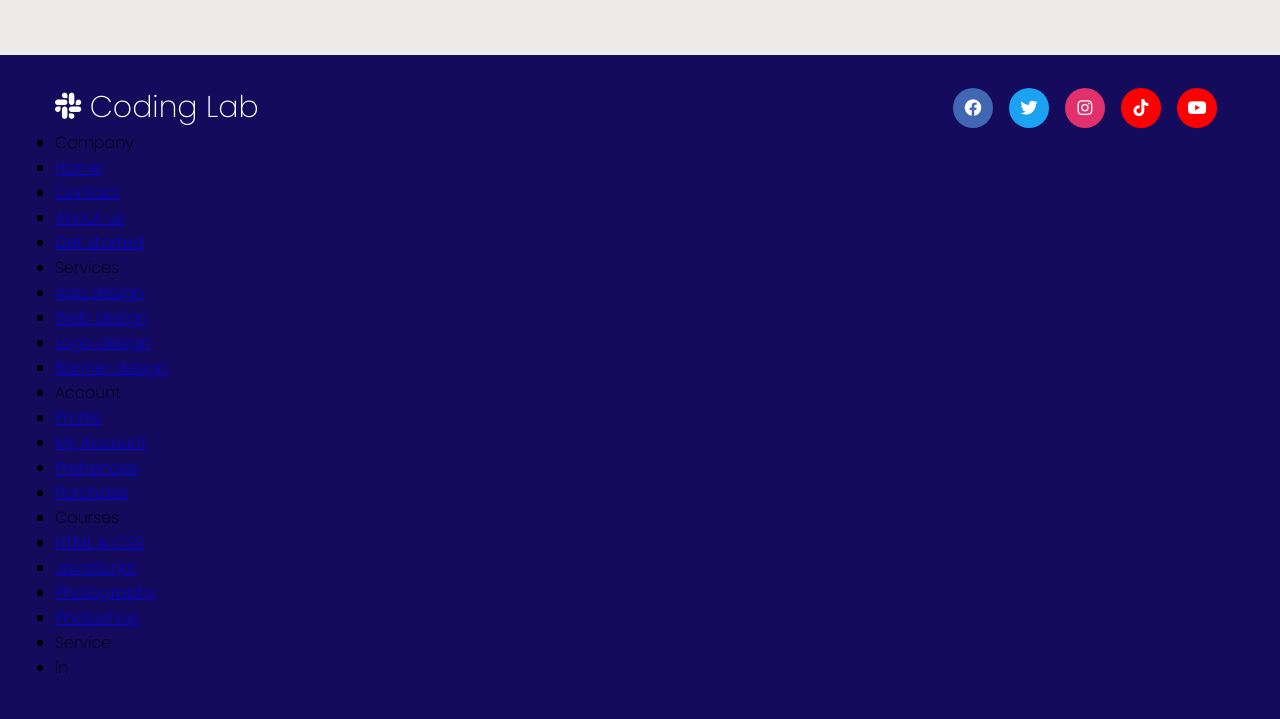
Repository: huynhvanngoan/TaskTeam5
Page: ResponsiveWebsiteFooterDesign/index.html
An editor plug-in stored every save of this project. The page is shown before and after a run of saves, followed by the edit.
The browser window is 1280 px wide. The pictures show the whole page.

Above is the page before, as saved 2022-10-10 12:44:35.

After the next 3 saves:
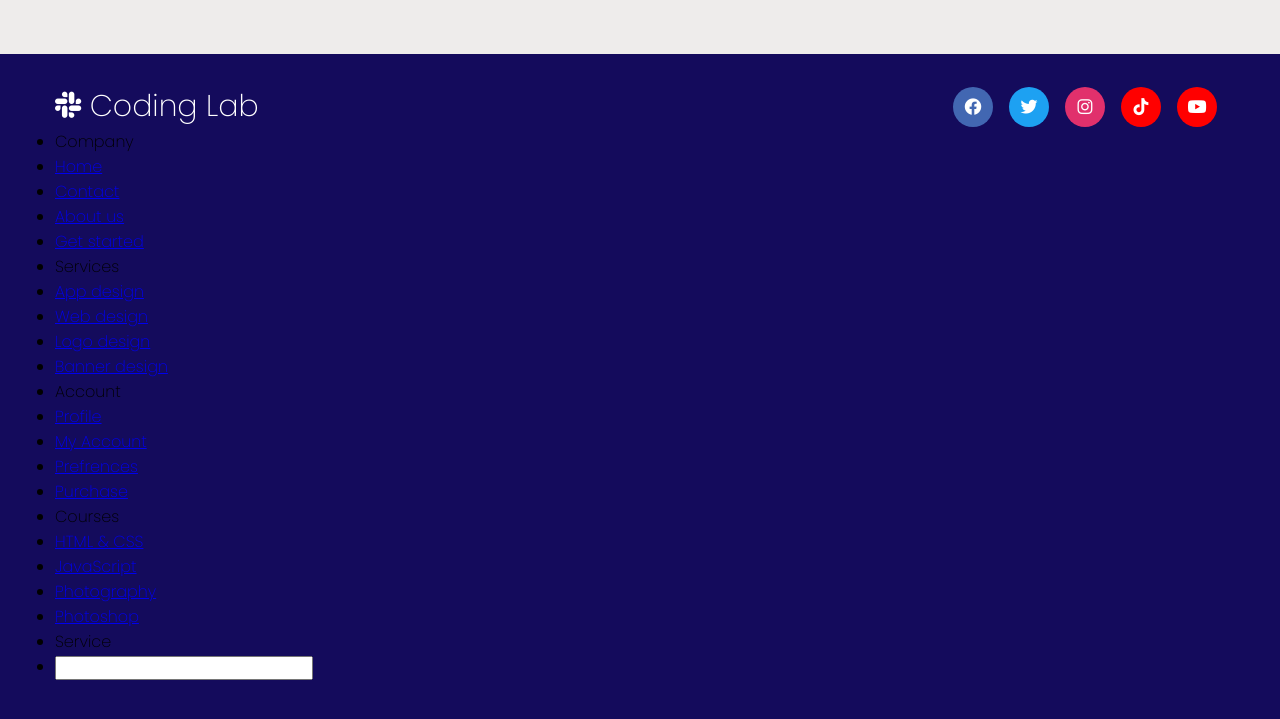
The 3 saves are shown as one change because they came seconds apart.
The last was saved 13 s later.
--- a/ResponsiveWebsiteFooterDesign/index.html
+++ b/ResponsiveWebsiteFooterDesign/index.html
@@ -55,7 +55,7 @@
                 </ul>
                 <ul class="box">
                     <li class="link_name">Service</li>
-                    <li>in</li>
+                    <li><input type="text" name="" id=""></li>
                 </ul>
             </div>
         </div>
